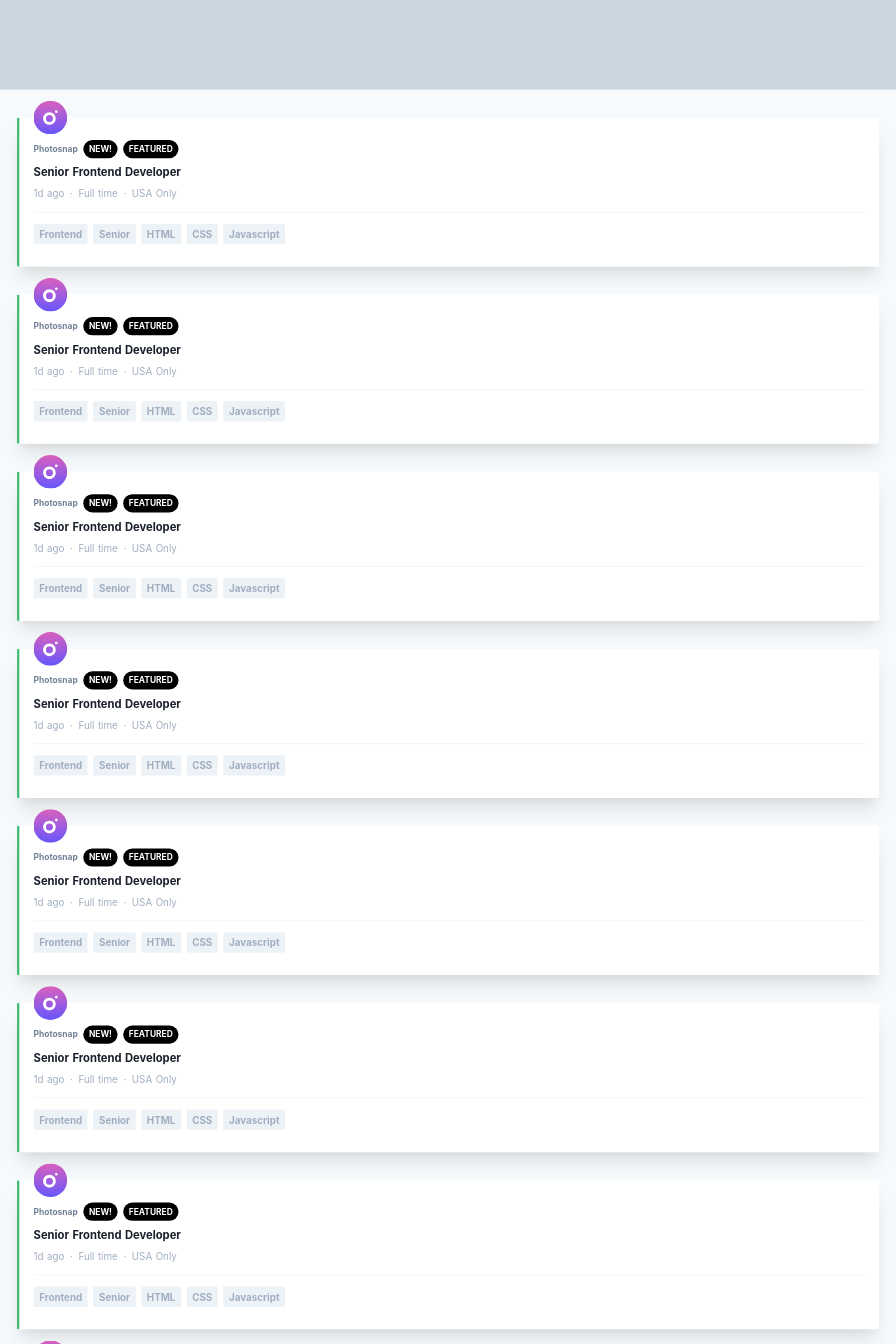
Repository: asongdon/frontendmentor-joblisting
Page: /
These files come from the project's save history. The page is drawn as it stood at one moment and after the next save; the edit follows.
The browser window is 1280 px wide. The pictures show the part of the page from y = 0 to 1920 px (the page is 2658 px tall before and 2538 px after), at 70% of full size.
Pictures or frames that could not be fetched are drawn as grey boxes. The project was rebuilt for these pictures with package versions that can differ from the ones it lists, and the page was loaded fresh each time. The framework's server and built-in components were replaced by stand-ins that run in the browser. Also part of the build but not shown: nuxt.config.js.

Above is the page before, as saved 2020-04-12 21:10:58.

### layouts/default.vue
<template>
  <div class="h-screen">
    <Header/>
    <nuxt />
  </div>
</template>

<script>
import Header from '@/components/Header.vue'

export default {
  components: {
    Header
  },
}
</script>

<style>
html {
  font-family: 'Inter', -apple-system, BlinkMacSystemFont, 'Segoe UI',
    Roboto, 'Helvetica Neue', Arial, sans-serif;
  font-size: 16px;
  word-spacing: 1px;
  -ms-text-size-adjust: 100%;
  -webkit-text-size-adjust: 100%;
  -moz-osx-font-smoothing: grayscale;
  -webkit-font-smoothing: antialiased;
  box-sizing: border-box;
  @apply bg-gray-100;
}

*,
*:before,
*:after {
  box-sizing: border-box;
  margin: 0;
}

.button--green {
  display: inline-block;
  border-radius: 4px;
  border: 1px solid #3b8070;
  color: #3b8070;
  text-decoration: none;
  padding: 10px 30px;
}

.button--green:hover {
  color: #fff;
  background-color: #3b8070;
}

.button--grey {
  display: inline-block;
  border-radius: 4px;
  border: 1px solid #35495e;
  color: #35495e;
  text-decoration: none;
  padding: 10px 30px;
  margin-left: 15px;
}

.button--grey:hover {
  color: #fff;
  background-color: #35495e;
}
</style>

### pages/index.vue
<template>
  <div class="mt-10">
    <div class="container px-6" v-for="item in data" :key="data.id">
      <Maincard />
    </div>
  </div>
</template>

<script>
import Maincard from '@/components/Maincard'
import data from '@/static/data/data.json'

export default {
  components: {
    Maincard
  },
  data() {
    return {
      data
    }
  }
}
</script>

<style>
/* Sample `apply` at-rules with Tailwind CSS
.container {
  @apply min-h-screen flex justify-center items-center text-center mx-auto;
}
*/
</style>

### components/Header.vue
<template>
  <div class="w-full h-32 bg-gray-400"></div>
</template>

<script>
export default {}
</script>

<style></style>

### components/Maincard.vue
<template>
  <div
    class="flex flex-col flex-no-wrap rounded-sm px-5 border-l-4 border-green-500 bg-white shadow-xl pb-4 mb-10"
  >
    <div class="-mt-6 mb-2">
      <img class="w-12" src="~/assets/logos/faceit.svg" alt="" />
    </div>

    <div class="flex items-center">
      <div class="text-xs font-bold text-gray-600">Photosnap</div>
      <div class="flex text-xs font-bold">
        <div class="bg-black text-white rounded-full px-2 py-1 uppercase ml-2">
          New!
        </div>
        <div class="bg-black text-white rounded-full px-2 py-1 uppercase ml-2">
          Featured
        </div>
      </div>
    </div>

    <div class="mt-2 font-bold text-gray-900">
      Senior Frontend Developer
    </div>

    <div class="flex text-sm mt-2 text-gray-500 border-b border-gray-200 pb-4">
      <div class="mr-2">1d ago</div>
      <div class="mr-2">·</div>
      <div class="mr-2">Full time</div>
      <div class="mr-2">·</div>
      <div>USA Only</div>
    </div>

    <div class="mt-4 flex flex-wrap justify-start">
      <div
        class="px-2 py-1 bg-gray-200 text-gray-500 rounded-sm font-bold mr-2 mb-4 text-sm"
      >
        Frontend
      </div>
      <div
        class="px-2 py-1 bg-gray-200 text-gray-500 rounded-sm font-bold mr-2 mb-4 text-sm"
      >
        Senior
      </div>
      <div
        class="px-2 py-1 bg-gray-200 text-gray-500 rounded-sm font-bold mr-2 mb-4  text-sm"
      >
        HTML
      </div>
      <div
        class="px-2 py-1 bg-gray-200 text-gray-500 rounded-sm font-bold mr-2 mb-4  text-sm"
      >
        CSS
      </div>
      <div
        class="px-2 py-1 bg-gray-200 text-gray-500 rounded-sm font-bold mr-2 mb-4  text-sm"
      >
        Javascript
      </div>
    </div>
  </div>
</template>

<script>
export default {}
</script>

<style></style>

### static/data/data.json
[
  {
    "id": 1,
    "company": "Photosnap",
    "logo": "@/assets/logos/photosnap.svg",
    "new": true,
    "featured": true,
    "position": "Senior Frontend Developer",
    "role": "Frontend",
    "level": "Senior",
    "postedAt": "1d ago",
    "contract": "Full Time",
    "location": "USA Only",
    "languages": ["HTML", "CSS", "JavaScript"]
  },
  {
    "id": 2,
    "company": "Manage",
    "logo": "@/assets/logos/manage.svg",
    "new": true,
    "featured": true,
    "position": "Fullstack Developer",
    "role": "Fullstack",
    "level": "Midweight",
    "postedAt": "1d ago",
    "contract": "Part Time",
    "location": "Remote",
    "languages": ["Python"],
    "tools": ["React"]
  },
  {
    "id": 3,
    "company": "Account",
    "logo": "@/assets/logos/account.svg",
    "new": true,
    "featured": false,
    "position": "Junior Frontend Developer",
    "role": "Frontend",
    "level": "Junior",
    "postedAt": "2d ago",
    "contract": "Part Time",
    "location": "USA Only",
    "languages": ["JavaScript"],
    "tools": ["React", "Sass"]
  },
  {
    "id": 4,
    "company": "MyHome",
    "logo": "@/assets/logos/myhome.svg",
    "new": false,
    "featured": false,
    "position": "Junior Frontend Developer",
    "role": "Frontend",
    "level": "Junior",
    "postedAt": "5d ago",
    "contract": "Contract",
    "location": "USA Only",
    "languages": ["CSS", "JavaScript"]
  },
  {
    "id": 5,
    "company": "Loop Studios",
    "logo": "@/assets/logos/loop-studios.svg",
    "new": false,
    "featured": false,
    "position": "Software Engineer",
    "role": "FullStack",
    "level": "Midweight",
    "postedAt": "1w ago",
    "contract": "Full Time",
    "location": "Worldwide",
    "languages": ["JavaScript"],
    "tools": ["Ruby", "Sass"]
  },
  {
    "id": 6,
    "company": "FaceIt",
    "logo": "@/assets/logos/faceit.svg",
    "new": false,
    "featured": false,
    "position": "Junior Backend Developer",
    "role": "Backend",
    "level": "Junior",
    "postedAt": "2w ago",
    "contract": "Full Time",
    "location": "UK Only",
    "tools": ["RoR"]
  },
  {
    "id": 7,
    "company": "Shortly",
    "logo": "@/assets/logos/shortly.svg",
    "new": false,
    "featured": false,
    "position": "Junior Developer",
    "role": "Frontend",
    "level": "Junior",
    "postedAt": "2w ago",
    "contract": "Full Time",
    "location": "Worldwide",
    "languages": ["HTML", "JavaScript"],
    "tools": ["Sass"]
  },
  {
    "id": 8,
    "company": "Insure",
    "logo": "@/assets/logos/insure.svg",
    "new": false,
    "featured": false,
    "position": "Junior Frontend Developer",
    "role": "Frontend",
    "level": "Junior",
    "postedAt": "2w ago",
    "contract": "Full Time",
    "location": "USA Only",
    "languages": ["JavaScript"],
    "tools": ["Vue, Sass"]
  },
  {
    "id": 9,
    "company": "Eyecam Co.",
    "logo": "@/assets/logos/eyecam-co.svg",
    "new": false,
    "featured": false,
    "position": "Full Stack Engineer",
    "role": "Fullstack",
    "level": "Midweight",
    "postedAt": "3w ago",
    "contract": "Full Time",
    "location": "Worldwide",
    "languages": ["JavaScript", "Python"],
    "tools": ["Django"]
  },
  {
    "id": 10,
    "company": "The Air Filter Company",
    "logo": "@/assets/logos/the-air-filter-company.svg",
    "new": false,
    "featured": false,
    "position": "Front-end Dev",
    "role": "Frontend",
    "level": "Junior",
    "postedAt": "1mo ago",
    "contract": "Part Time",
    "location": "Worldwide",
    "languages": ["JavaScript"],
    "tools": ["React", "Sass"]
  }
]

Loaded but not shown: assets/css/tailwind.css (common file); tailwind.config.js (common file); store/filter.js (no copy from this time; the picture is the same without it); store/index.js (no copy from this time; the picture is the same without it)

After the next save:
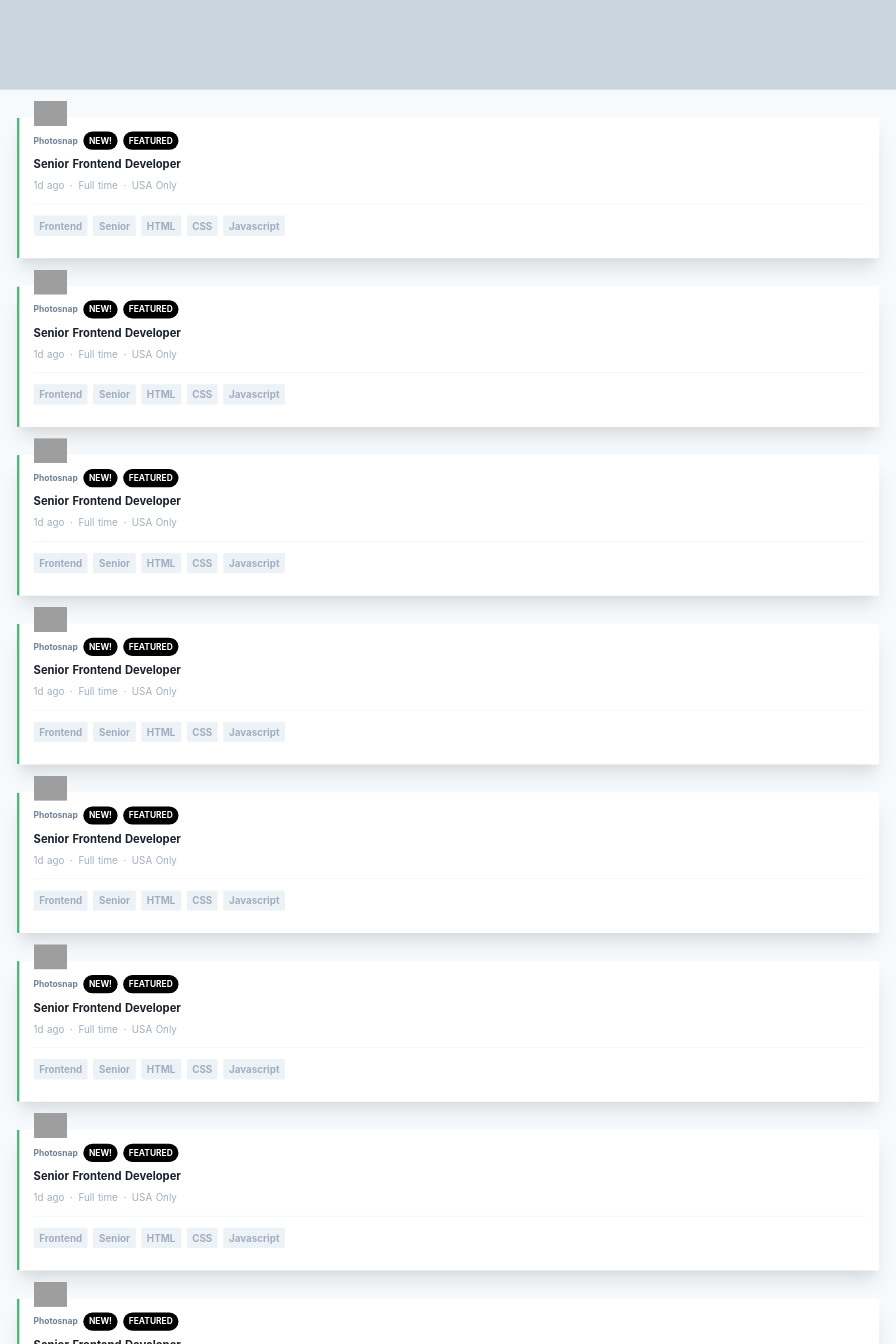
Saved 42 s later.
--- a/components/Maincard.vue
+++ b/components/Maincard.vue
@@ -3,7 +3,7 @@
     class="flex flex-col flex-no-wrap rounded-sm px-5 border-l-4 border-green-500 bg-white shadow-xl pb-4 mb-10"
   >
     <div class="-mt-6 mb-2">
-      <img class="w-12" src="~/assets/logos/faceit.svg" alt="" />
+      <img class="w-12" :src="{ Logo }" alt="" />
     </div>
 
     <div class="flex items-center">
@@ -61,7 +61,11 @@
 </template>
 
 <script>
-export default {}
+export default {
+  props: {
+    logo: String
+  }
+}
 </script>
 
 <style></style>
